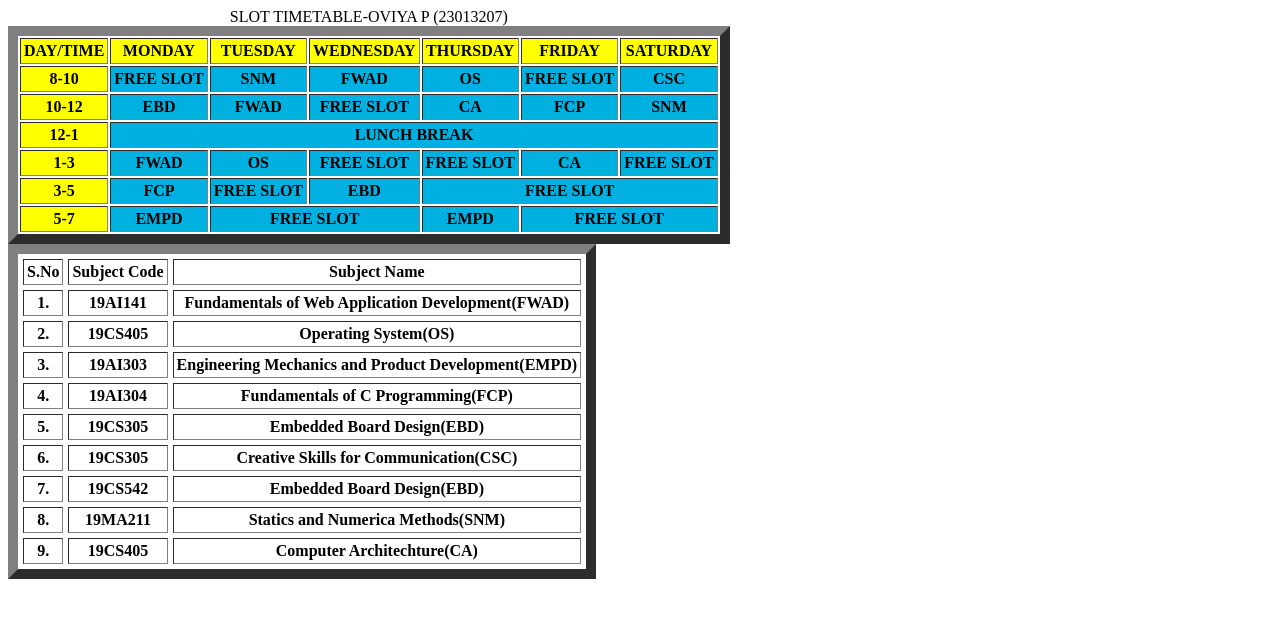
Repository: Oviya24032K6/slot
Page: oviya/static/time.html
These files come from the project's save history. The page is drawn as it stood at one moment and after the next save; the edit follows.
The browser window is 1280 px wide. The pictures show the whole page.

Above is the page before, as saved 2024-03-15 20:34:30.

### oviya/static/time.html
<html>
    <head>
        <title>SLOT TIMETABLE-OVIYA P (23013207)</title>
    </head>
    <body bgcolor="white" align="center" >
    <table align="left" border="10" cellspacing="2" cellpadding="3">
    <caption>SLOT TIMETABLE-OVIYA P (23013207)</caption>
        <tr>
            <th bgcolor="yellow">DAY/TIME</th>
            <th bgcolor="yellow">MONDAY</th>
            <th bgcolor="yellow">TUESDAY</th>
            <th bgcolor="yellow">WEDNESDAY</th>
            <th bgcolor="yellow">THURSDAY</th>
            <th bgcolor="yellow">FRIDAY</th>
            <th bgcolor="yellow">SATURDAY</th>
        </tr>
        <tr>
            <th bgcolor="yellow">8-10</th>
            <th bgcolor="sky blue">FREE SLOT</th>
            <th bgcolor="sky blue">SNM</th>
            <th bgcolor="sky blue">FWAD</th>
            <th bgcolor="sky blue">OS</th>
            <th bgcolor="sky blue">FREE SLOT</th>
            <th bgcolor="sky blue">CSC</th>
        </tr>
        <tr>
            <th bgcolor="yellow">10-12</th>
            <th bgcolor="sky blue">EBD</th>
            <th bgcolor="sky blue">FWAD</th>
            <th bgcolor="sky blue">FREE SLOT</th>
            <th bgcolor="sky blue">CA</th>
            <th bgcolor="sky blue">FCP</th>
            <th bgcolor="sky blue">SNM</th>
        </tr>
        <tr>
            <th bgcolor="yellow">12-1</th>
            <th bgcolor="sky blue" colspan="6">LUNCH BREAK</th>
        </tr>
        <tr>
            <th bgcolor="yellow">1-3</th>
            <th bgcolor="sky blue">FWAD</th>
            <th bgcolor="sky blue">OS</th>
            <th bgcolor="sky blue">FREE SLOT</th>
            <th bgcolor="sky blue">FREE SLOT</th>
            <th bgcolor="sky blue">CA</th>
            <th bgcolor="sky blue">FREE SLOT</th>
        </tr>
        <tr>
            <th bgcolor="yellow">3-5</th>
            <th bgcolor="sky blue">FCP</th>
            <th bgcolor="sky blue">FREE SLOT</th>
            <th bgcolor="sky blue">EBD</th>
            <th bgcolor="sky blue" colspan="4">FREE SLOT</th>
        </tr>
        <tr>
            <th bgcolor="yellow">5-7</th>
            <th bgcolor="sky blue" >EMPD</th>
            <th bgcolor="sky blue" colspan="2">FREE SLOT</th>
            <th bgcolor="sky blue" >EMPD</th>
            <th bgcolor="sky blue" colspan="2">FREE SLOT</th>

        </tr>

    </table>
    <br>
    <br>
    <table align="left" border="10" cellspacing="5" cellpadding="3">
        <tr>
            <th>S.No</th>
            <th>Subject Code</th>
            <th>Subject Name</th>
        </tr>
        <tr>
            <th>1.</th>
            <th>19AI141</th>
            <th>Fundamentals of Web Application Development(FWAD)</th>
        </tr>
        <tr>
            <th>2.</th>
            <th>19CS405</th>
            <th>Operating System(OS)</th>
        </tr>
        <tr>
            <th>3.</th>
            <th>19AI303</th>
            <th>Engineering Mechanics and Product Development(EMPD)</th>
        </tr>
        <tr>
            <th>4.</th>
            <th>19AI304</th>
            <th>Fundamentals of C Programming(FCP)</th>
        </tr>
        <tr>
            <th>5.</th>
            <th>19CS305</th>
            <th>Embedded Board Design(EBD)</th>
        </tr>
        <tr>
            <th>6.</th>
            <th>19CS305</th>
            <th>Creative Skills for Communication(CSC)</th>
        </tr>
        <tr>
            <th>7.</th>
            <th>19CS542</th>
            <th>Embedded Board Design(EBD)</th>
        </tr>
        <tr>
            <th>8.</th>
            <th>19MA211</th>
            <th>Statics and Numerica Methods(SNM)</th>
        </tr>
        <tr>
            <th>9.</th>
            <th>19CS405</th>
            <th>Computer Architechture(CA)</th>
        </tr>
    </table>
</body>
</html>
</html>

After the next save:
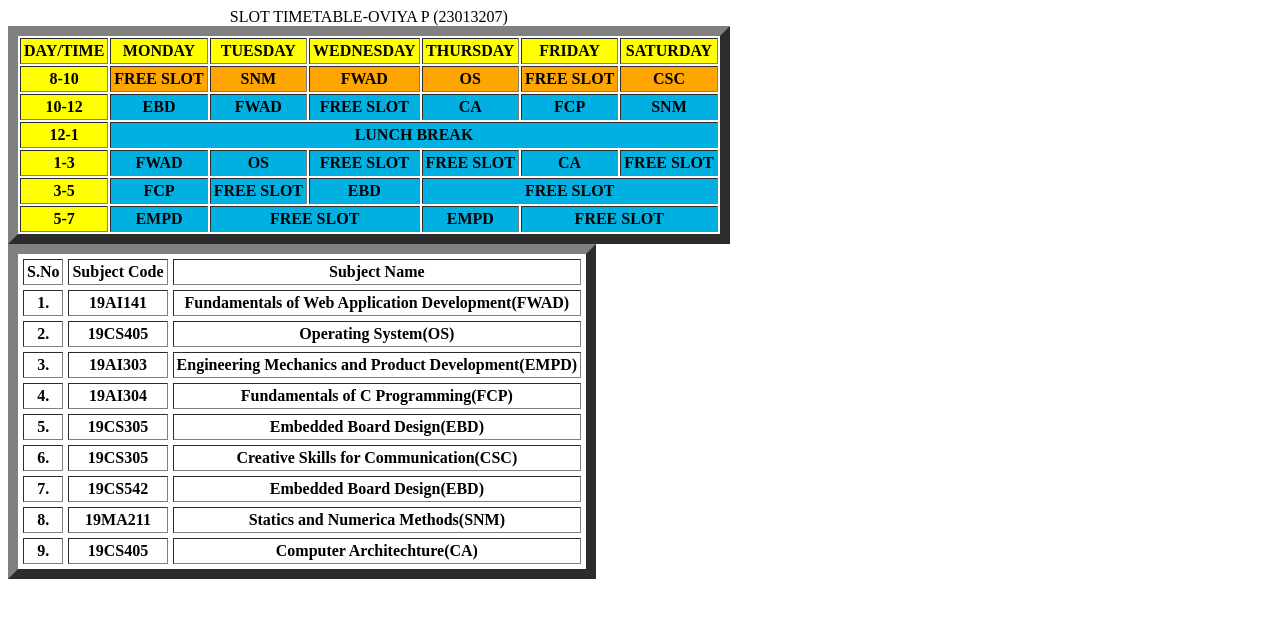
Saved 39 s later.
--- a/oviya/static/time.html
+++ b/oviya/static/time.html
@@ -16,12 +16,12 @@
         </tr>
         <tr>
             <th bgcolor="yellow">8-10</th>
-            <th bgcolor="sky blue">FREE SLOT</th>
-            <th bgcolor="sky blue">SNM</th>
-            <th bgcolor="sky blue">FWAD</th>
-            <th bgcolor="sky blue">OS</th>
-            <th bgcolor="sky blue">FREE SLOT</th>
-            <th bgcolor="sky blue">CSC</th>
+            <th bgcolor="orange">FREE SLOT</th>
+            <th bgcolor="orange">SNM</th>
+            <th bgcolor="orange">FWAD</th>
+            <th bgcolor="orange">OS</th>
+            <th bgcolor="orange">FREE SLOT</th>
+            <th bgcolor="orange">CSC</th>
         </tr>
         <tr>
             <th bgcolor="yellow">10-12</th>
